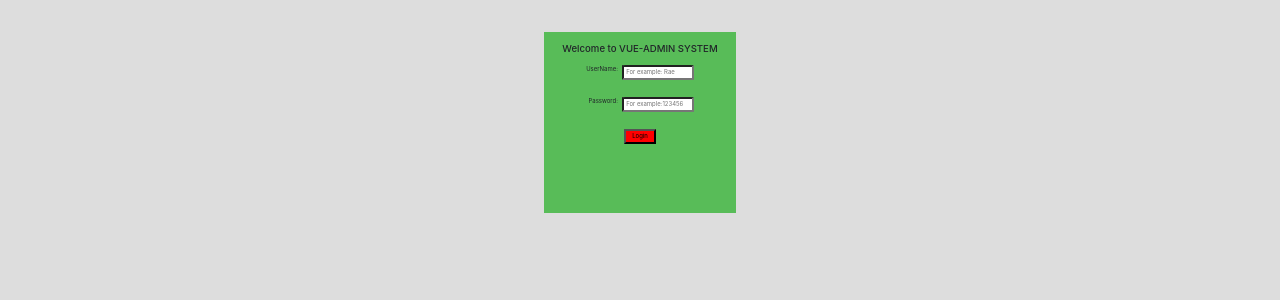
Repository: Rayfang0719/Vue-admin
Page: /
These files come from the project's save history. The page is drawn as it stood at one moment and after the next save; the edit follows.
The browser window is 1280 px wide. The pictures show the whole page.
The project was rebuilt for these pictures with package versions that can differ from the ones it lists, and the page was loaded fresh each time. Also part of the build but not shown: vue.config.js.

Above is the page before, as saved 2019-05-11 10:58:36.

After the next save:
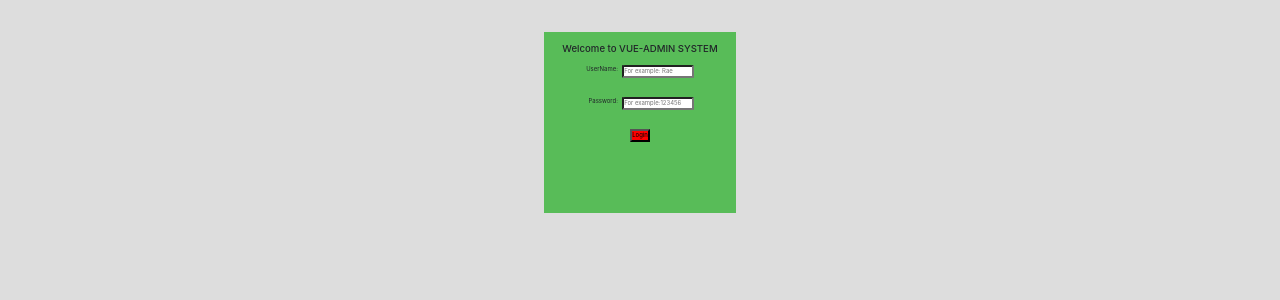
Saved 67 s later.
--- a/src/pages/login.vue
+++ b/src/pages/login.vue
@@ -24,6 +24,10 @@ export default {
 }
 </script>
 <style lang="scss" scoped>
+*{
+    padding:0px;
+    margin:0px;
+}
 .login{
     margin: 2rem auto;
     overflow:hidden;
